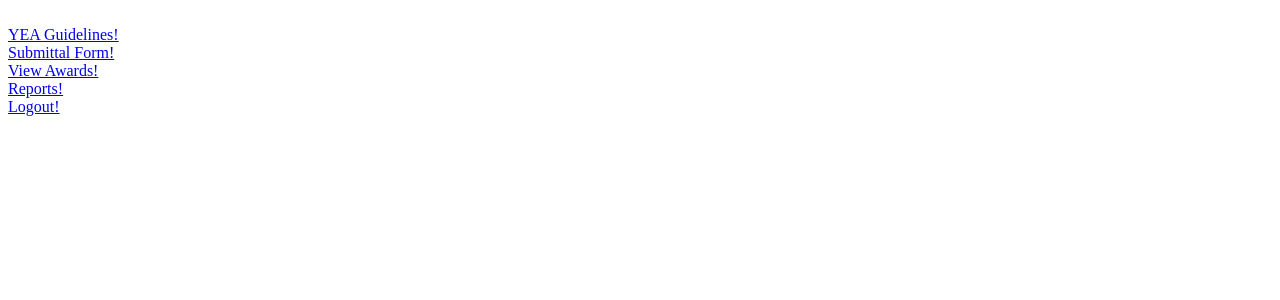
Repository: prajaktamore/Web-Based-Programming-3
Page: http://localhost/BinaryCalculator/entranceManager.jsp
The author's editor kept a copy of each file at every save. The page is drawn from the files as they stood at one save, then again after the next save.
The browser window is 1280 px wide. The pictures show the whole page.
The page is served by Tomcat 9. Other server files are loaded and not shown.

Above is the page before, as saved 2014-04-28 01:11:49.

### BinaryCalculator/WebContent/entranceManager.jsp
<%@ page language="java" contentType="text/html; charset=ISO-8859-1"
    pageEncoding="ISO-8859-1"%>
<!DOCTYPE html PUBLIC "-//W3C//DTD HTML 4.01 Transitional//EN" "http://www.w3.org/TR/html4/loose.dtd">
<html>
<head>
<meta http-equiv="Content-Type" content="text/html; charset=ISO-8859-1">
<title>Welcome Manager</title>
</head>
<body>
<br><a href="/yeaGuidelines.jsp">YEA Guidelines!</a>
<br><a href="/submittal.jsp">Submittal Form!</a>
<br><a href="/viewAwards.jsp">View Awards!</a>
<br><a href="/Reports.jsp">Reports!</a>
<br><a href="/Login.jsp">Logout!</a>
</body>
</html>

After the next save:
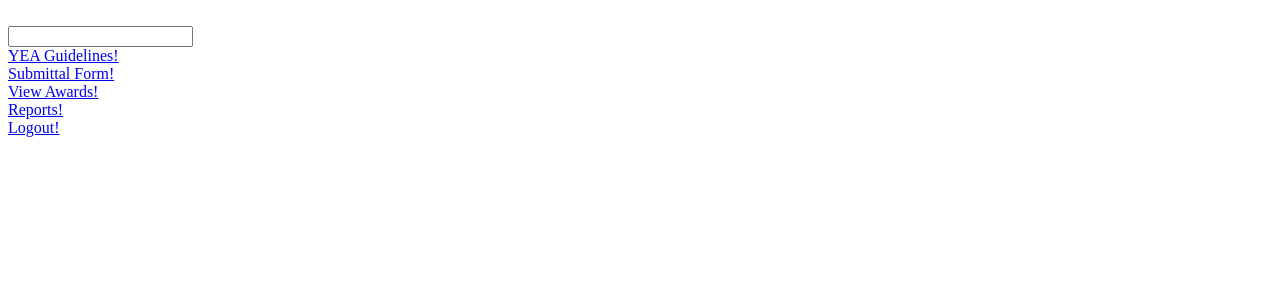
Saved 2 min 35 s later.
--- a/BinaryCalculator/WebContent/entranceManager.jsp
+++ b/BinaryCalculator/WebContent/entranceManager.jsp
@@ -7,6 +7,7 @@
 <title>Welcome Manager</title>
 </head>
 <body>
+<br><input type="text" readonly="readonly" value="${sessionScope.username}" >
 <br><a href="/yeaGuidelines.jsp">YEA Guidelines!</a>
 <br><a href="/submittal.jsp">Submittal Form!</a>
 <br><a href="/viewAwards.jsp">View Awards!</a>
